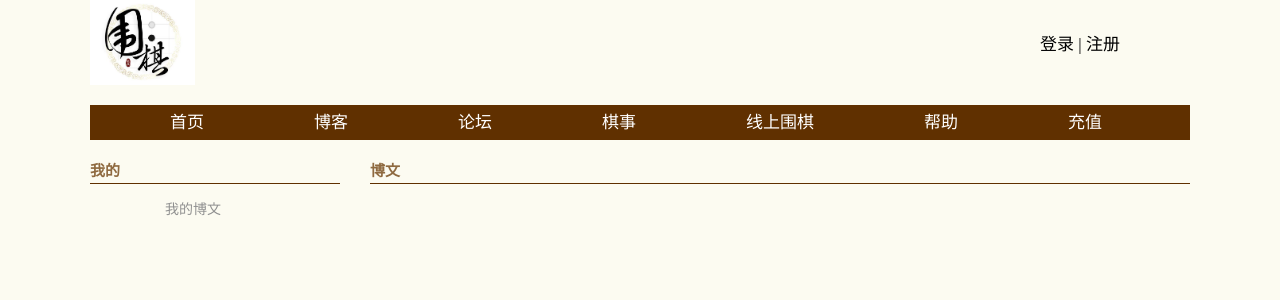
Repository: yxh0/Go
Page: http://localhost/keshe/keshe/myblog.jsp
The author's editor kept a copy of each file at every save. The page is drawn from the files as they stood at one save, then again after the next save.
The browser window is 1280 px wide. The pictures show the whole page.
The page is served by Tomcat 9. Other server files are loaded and not shown. Queries for data that is not in the repository find no rows.

Above is the page before, as saved 2020-06-11 03:37:57.

### SoftwareProjectGo/keshe/WebContent/keshe/myblog.jsp
<%@ page language="java" contentType="text/html; charset=UTF-8"
    pageEncoding="UTF-8"%>
<%@ page import="java.sql.*" %>
<!DOCTYPE html>
<html>
<head>
<meta charset="UTF-8">
<title>博客页面</title>
<link rel="stylesheet" href="css/init.css">
<link rel="stylesheet" href="css/public.css">
<link rel="stylesheet" href="css/blog.css">
</head>
<body>
	<div class="header w">
		<div class="logo">
			<img src="images/logo.jpg" alt="" />
		</div>
		<div class="login">
			<ul>
				<li>
					<a href="login.jsp">登录</a> |
					<a href="register.jsp">注册</a>
				</li>
			</ul>
		</div>
	</div>
	<!-- 导航栏 -->
	<div class="nav w">
		<div class="container">
			<ul class="left">
		    	<li><a href="index.jsp" >首页</a></li>
		    	<li><a href="blog.jsp" >博客</a></li>
		    	<li><a href="luntan.jsp" >论坛</a></li>
		    	<li><a href="qishi.jsp" >棋事</a></li>
		    	<li><a href="xianshangweiqi.jsp" >线上围棋</a></li>
		    	<li><a href="bangzhu.jsp" >帮助</a></li>
		    	<li><a href="chongzhi.jsp" >充值</a></li>
			</ul>
  		</div>
	</div>
	<div class="big w">
		<div class="self">
			<h4>我的</h4>
			<div class="info">
				<p>
					我的博文
		        </p>
			</div>
		</div>
		<div class="blogg">
			<h4>博文</h4>
			<div class="cont">
			<%
				Connection con;
		    	Statement sql;
		    	ResultSet rs;
		    	Class.forName("com.mysql.jdbc.Driver");
		    	try
				{
					String uri= "jdbc:mysql://localhost:3306/weiqiluntan";
		            String user="root";
		            String password="0";
		            con=DriverManager.getConnection(uri,user,password);
		            sql=con.createStatement();
		            rs=sql.executeQuery("SELECT * FROM blog WHERE Bloger_name = 'testman' order by Blog_date desc ");
		            while (rs.next())
		            {
		     %>
						<h2><%	out.print(rs.getString("Blog_name"));	%></h2>
						<span class="people"> <%= rs.getString("Blog_replies") %> 回复 | <%= rs.getString("Blog_agreements")%> 点赞</span>
						<%
					}
				    con.close();
				}
				catch(SQLException e){
					out.print(e);
				}
						%>
			</div>
		</div>
	</div>
</body>
</html>

### SoftwareProjectGo/keshe/WebContent/keshe/css/init.css
@charset "UTF-8";
/* 基础的初始化 */
* {
    margin: 0;
    padding: 0;
    box-sizing: border-box;
}
/* em 和 i 斜体的文字不倾斜 */
em,
i {
    font-style: normal
}

li {
    list-style: none
}

img {
    border: 0;
    vertical-align: middle
}

button {
    cursor: pointer
}

a {
    text-decoration: none
}

button,
input {
    font-family: Microsoft YaHei, Heiti SC, tahoma, arial, Hiragino Sans GB, "\5B8B\4F53", sans-serif;
    /* 默认有灰色边框我们需要手动去掉 */
    border: 0;
    outline: none;
}

body {
    -webkit-font-smoothing: antialiased;
    background-color: #fff;
    font: 12px/1.5 Microsoft YaHei, Heiti SC, tahoma, arial, Hiragino Sans GB, "\5B8B\4F53", sans-serif;
    color: black;
}

.hide,
.none {
    display: none
}
/* 清除浮动 */
.clearfix:after {
    visibility: hidden;
    clear: both;
    display: block;
    content: ".";
    height: 0
}

.clearfix {
    *zoom: 1
}

### SoftwareProjectGo/keshe/WebContent/keshe/css/public.css
@charset "UTF-8";
/* 版心 */
body {
	background-color: #fcfbf1;
}
.w {
    width: 1100px;
    margin: 0 auto;
}
.nav {
    height: 35px;
    background-color: #603000;
    line-height: 35px;
}
.nav ul li{
	float: left;
}
.nav li a{
	color: white;
	font-size: 17px;
	border-right: 20px;
	padding: 20px 30px;
	margin-left: 50px;
}
.nav li a:hover{
	color: yellow;
}
.header {
    position: relative;
    height: 105px;
}
.logo {
	position: absolute;
	width: 105px;
	height: 85px;
}
.logo img {
	width: 100%;
	height: 100%;
}
.login {
	margin-left: 950px;
	margin-top: 30px;
	position: absolute;
	font: 17px Microsoft YaHei;
	text-align: center;
}
.login li a{
	color: black;
}
.login li a:hover {
	color: #ebc21f;
}
.footer p {
    width: 250px;
    font-size: 20px;
    color: #7B7B7B;
    margin: 60px auto;
}

### SoftwareProjectGo/keshe/WebContent/keshe/css/blog.css
@charset "UTF-8";
.big {
	margin-top: 20px;
}
.self {
	float: left;
	margin-right: 30px;
}
.big .self h4,
.big .blogg h4 {
	width: 250px;
	border-bottom: solid 1px #603000;
	margin-bottom: 15px;
	font-size: 15px;
	weight: 500;
	color: #8f6a40;
}
.big .self button {
	width: 120px;
    height: 30px;
    margin: 10px 65px;
    border: 1px solid #E2E2E2;
    text-align: center;
    line-height: 30px;
    font-size: 15px;
    color: #000;
    background: #ededf1;
}
.big .self .info {
	margin-top: 15px;
	margin-left: 75px;
}
.big .self .info p{
	font-size: 14px;
	weight: 500;
	color: #909090;
}
.blogg {
	float: left;
}
.big .blogg h4,
.big .blogg .cont {
	width: 820px;
}
.big .blogg .cont h2 {
	margin: 5px;
}
.big .blogg .cont a {
	color: #000;
}
.big .blogg .cont a:hover {
	color: #ebc21f;
}
.big .blogg .cont p {
	margin-bottom: 35px;
	color: #8a8a8a;
}
.big .blogg .cont .people {
	font-size: 13px;
}

After the next save:
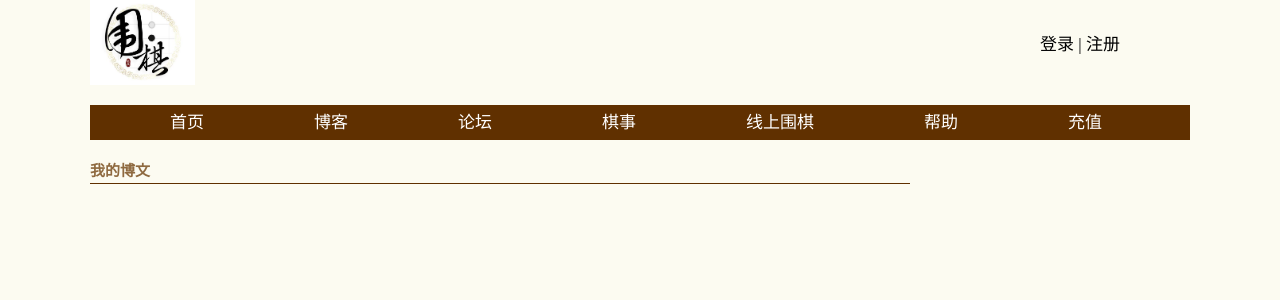
Saved 18 s later.
--- a/SoftwareProjectGo/keshe/WebContent/keshe/myblog.jsp
+++ b/SoftwareProjectGo/keshe/WebContent/keshe/myblog.jsp
@@ -39,16 +39,8 @@
   		</div>
 	</div>
 	<div class="big w">
-		<div class="self">
-			<h4>我的</h4>
-			<div class="info">
-				<p>
-					我的博文
-		        </p>
-			</div>
-		</div>
 		<div class="blogg">
-			<h4>博文</h4>
+			<h4>我的博文</h4>
 			<div class="cont">
 			<%
 				Connection con;
